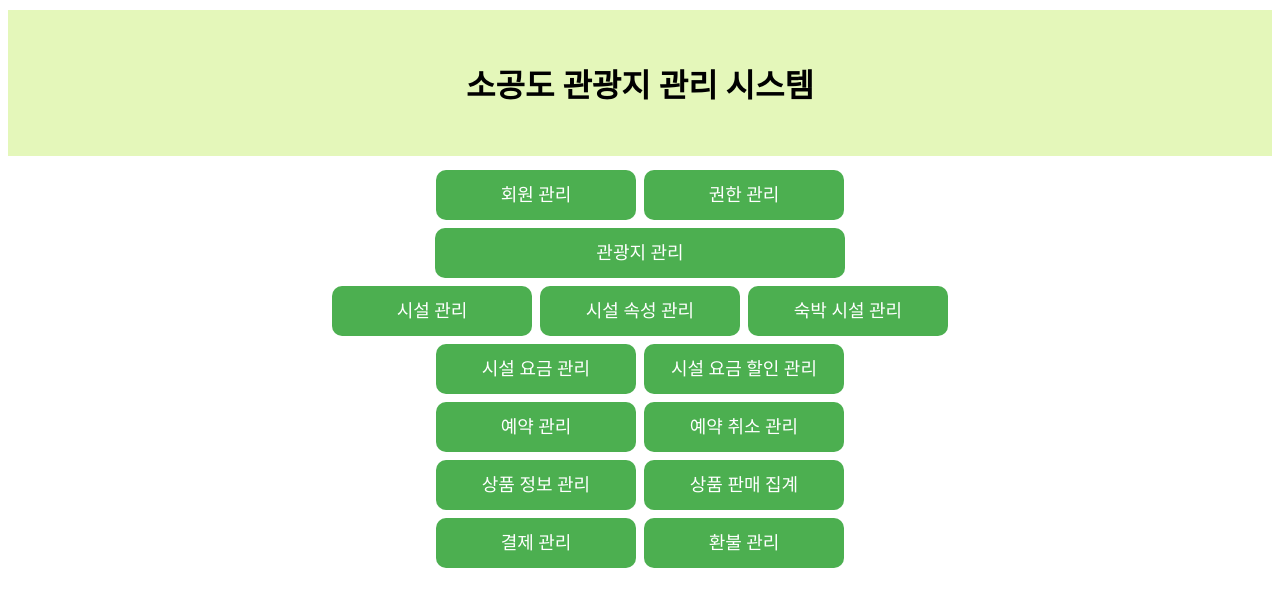
Repository: psyoongsc/SogongDo_Facility
Page: http://localhost/SogongDo_Management_System/
The author's editor kept a copy of each file at every save. The page is drawn from the files as they stood at one save, then again after the next save.
The browser window is 1280 px wide. The pictures show the whole page.
The page is served by Tomcat 9. Nobody is signed in. The application's start-up code is not run. Other server files are loaded and not shown.

Above is the page before, as saved 2020-06-25 18:47:23.

### SogongDo_Management_System/WebContent/index.jsp
<%@ page language="java" contentType="text/html; charset=UTF-8"
    pageEncoding="UTF-8"%>
<!DOCTYPE html>
<html>
<head>
<meta charset="EUC-KR">
<title>소공도 관광지 관리 시스템</title>
<style>
a {
	text-decoration: none;
	text-align: center;
	background-color: #4CAF50;
	width: 200px;
	line-height: 50px;
	font-size: large;
	display: inline-block;
	border-radius: 10px 10px;
	margin: 4px 2px;
	color: #FFFFFF;
}

a:hover {
	background-color: #99FF99;
	color: #000000;
	font-weight: bold;
}
.container {
	text-align: center;
}

.title {
	font-size: xx-large;
	font-weight: bold;
	margin: 10px 0px;
	padding: 50px 0px;
	background-color: #E4F7BA;
}
</style>
</head>
<body>
	<div class="container title">
		소공도 관광지 관리 시스템
	</div>
	<div class="container">
		<a href="Member/view">회원 관리</a>
		<a href="Authority/view">권한 관리</a>
		<br>
		<a style="width: 410px;" href="TouristSite/view">관광지 관리</a>
		<br>
		<a href="Facility/view">시설 관리</a>
		<a href="Facility/Attribute/view">시설 속성 관리</a>
		<a href="Facility/Lodge/view">숙박 시설 관리</a>
		<br>
		<a href="Facility/Charge/view">시설 요금 관리</a>
		<a href="Facility/Charge/discount/view">시설 요금 할인 관리</a>
		<br>
		<a href="Reservation/view">예약 관리</a>
		<a href="Reservation/Cancel/view">예약 취소 관리</a>
		<br>
		<a href="Product/view">상품 정보 관리</a>
		<a href="Product/Sell/view">상품 판매 집계</a>
		<br>
		<a href="Payment/view">결제 관리</a>
		<a href="Refund/view">환불 관리</a>
	</div>
</body>
</html>

After the next save:
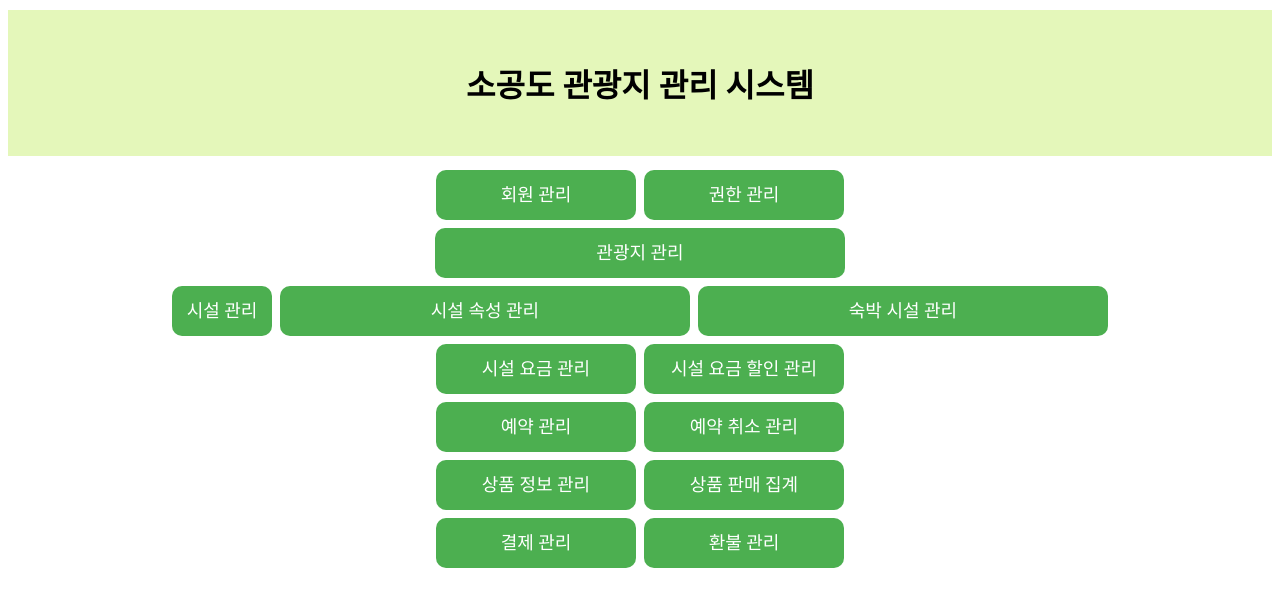
Saved 72 s later.
--- a/SogongDo_Management_System/WebContent/index.jsp
+++ b/SogongDo_Management_System/WebContent/index.jsp
@@ -47,9 +47,9 @@ a:hover {
 		<br>
 		<a style="width: 410px;" href="TouristSite/view">관광지 관리</a>
 		<br>
-		<a href="Facility/view">시설 관리</a>
-		<a href="Facility/Attribute/view">시설 속성 관리</a>
-		<a href="Facility/Lodge/view">숙박 시설 관리</a>
+		<a style="width: 100px;" href="Facility/view">시설 관리</a>
+		<a style="width: 410px;" href="Facility/Attribute/view">시설 속성 관리</a>
+		<a style="width: 410px;" href="Facility/Lodge/view">숙박 시설 관리</a>
 		<br>
 		<a href="Facility/Charge/view">시설 요금 관리</a>
 		<a href="Facility/Charge/discount/view">시설 요금 할인 관리</a>
